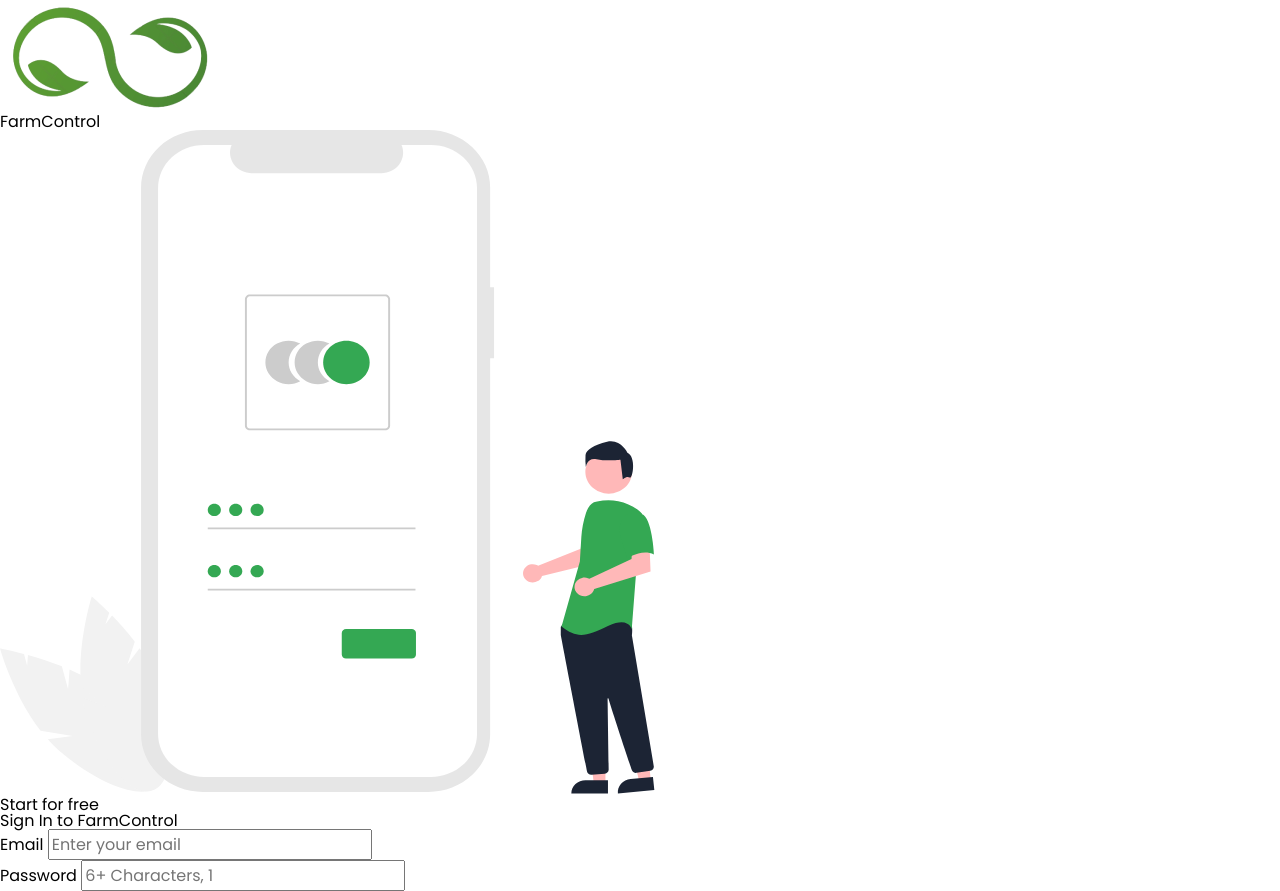
Repository: lehuyen307/System-monitor-plant-healthy-final
Page: ui/login.html
The author's editor kept a copy of each file at every save. The page is drawn from the files as they stood at one save, then again after a run of saves.
The browser window is 1280 px wide. The pictures show the whole page.
Some web libraries are served in a nearby version.

Above is the page before, as saved 2023-11-09 17:04:42.
Console error: TypeError: Cannot read properties of null (reading 'addEventListener')

### ui/login.html
<!DOCTYPE html>
<html lang="en">
    <head>
        <meta charset="UTF-8" />
        <meta name="viewport" content="width=device-width, initial-scale=1.0" />
        <title>System tree monitor</title>
        <!-- font -->
        <link rel="preconnect" href="https://fonts.googleapis.com" />
        <link rel="preconnect" href="https://fonts.gstatic.com" crossorigin />
        <link
            href="https://fonts.googleapis.com/css2?family=Montserrat:wght@300;400;500;600;700&family=Noto+Serif:wght@300;400;500;600;700;800&family=Poppins:wght@300;400;500;600;700;800;900&family=Sora:wght@300;400;500;600;700;800&display=swap"
            rel="stylesheet"
        />
        <!-- font-awesome -->
        <script src="https://kit.fontawesome.com/3115b3f4f1.js"></script>
        <!-- favicon -->
        <link
            rel="apple-touch-icon"
            sizes="57x57"
            href="./assets/favicon/apple-icon-57x57.png"
        />
        <link
            rel="apple-touch-icon"
            sizes="60x60"
            href="./assets/favicon/apple-icon-60x60.png"
        />
        <link
            rel="apple-touch-icon"
            sizes="72x72"
            href="./assets/favicon/apple-icon-72x72.png"
        />
        <link
            rel="apple-touch-icon"
            sizes="76x76"
            href="./assets/favicon/apple-icon-76x76.png"
        />
        <link
            rel="apple-touch-icon"
            sizes="114x114"
            href="./assets/favicon/apple-icon-114x114.png"
        />
        <link
            rel="apple-touch-icon"
            sizes="120x120"
            href="./assets/favicon/apple-icon-120x120.png"
        />
        <link
            rel="apple-touch-icon"
            sizes="144x144"
            href="./assets/favicon/apple-icon-144x144.png"
        />
        <link
            rel="apple-touch-icon"
            sizes="152x152"
            href="./assets/favicon/apple-icon-152x152.png"
        />
        <link
            rel="apple-touch-icon"
            sizes="180x180"
            href="./assets/favicon/apple-icon-180x180.png"
        />
        <link
            rel="icon"
            type="image/png"
            sizes="192x192"
            href="./assets/favicon/android-icon-192x192.png"
        />
        <link
            rel="icon"
            type="image/png"
            sizes="32x32"
            href="./assets/favicon/favicon-32x32.png"
        />
        <link
            rel="icon"
            type="image/png"
            sizes="96x96"
            href="./assets/favicon/favicon-96x96.png"
        />
        <link
            rel="icon"
            type="image/png"
            sizes="16x16"
            href="./assets/favicon/favicon-16x16.png"
        />
        <link rel="manifest" href="./assets/favicon/manifest.json" />
        <meta name="msapplication-TileColor" content="#ffffff" />
        <meta
            name="msapplication-TileImage"
            content="./assets/favicon/ms-icon-144x144.png"
        />
        <meta name="theme-color" content="#ffffff" />
        <!-- style -->
        <link rel="stylesheet" href="./assets/css/main.css" />

        <!-- link tái sử dụng header footer-->
        <script src="./assets/js/scripts.js"></script>

        <!-- style slick slider -->
        <link
            rel="stylesheet"
            type="text/css"
            href="https://cdn.jsdelivr.net/npm/slick-carousel@1.8.1/slick/slick.css"
        />
    </head>
    <body>
        <main>
            <div class="login row-cols-lg-2">
                <div class="login__left">
                    <img
                        src="./assets/img/login/logo.png"
                        alt=""
                        class="login__pic"
                    />
                    <div class="name">FarmControl</div>
                    <img
                        src="/assets/img/login/undraw_access_account_re_8spm 1.svg"
                        alt=""
                        class="login__pic-2"
                    />
                </div>
                <div class="login__right">
                    <div class="login__desc">Start for free</div>
                    <div class="login__row">
                        <span>Sign In to</span>
                        <span>FarmControl</span>
                    </div>
                    <div class="form">
                        <form autocomplete="on" class="form-login">
                            <div class="form__info">
                                <label for="email">Email</label>
                                <input
                                    type="text"
                                    class="input"
                                    placeholder="Enter your email"
                                    name="email"
                                    id="email"
                                />
                            </div>
                            <div class="form__info">
                                <label for="email">Password</label>
                                <input
                                    type="text"
                                    class="input"
                                    placeholder="6+ Characters, 1 "
                                    name="email"
                                    id="email"
                                />
                            </div>
                        </form>
                    </div>
                </div>
            </div>
        </main>

        <script
            type="text/javascript"
            src="https://code.jquery.com/jquery-1.11.0.min.js"
        ></script>
        <script
            type="text/javascript"
            src="https://code.jquery.com/jquery-migrate-1.2.1.min.js"
        ></script>
        <script
            type="text/javascript"
            src="https://cdn.jsdelivr.net/npm/slick-carousel@1.8.1/slick/slick.min.js"
        ></script>
        <script src="./assets/js/main.js"></script>
        <script src="./assets/js/slick-slider.js"></script>
    </body>
</html>

Loaded but not shown: ui/assets/js/main.js (53 lines, source omitted); ui/assets/js/slick-slider.js (25 lines, source omitted); ui/assets/js/scripts.js (17 lines, source omitted); ui/assets/css/main.css (1150 lines, source omitted)

After the next 2 saves:
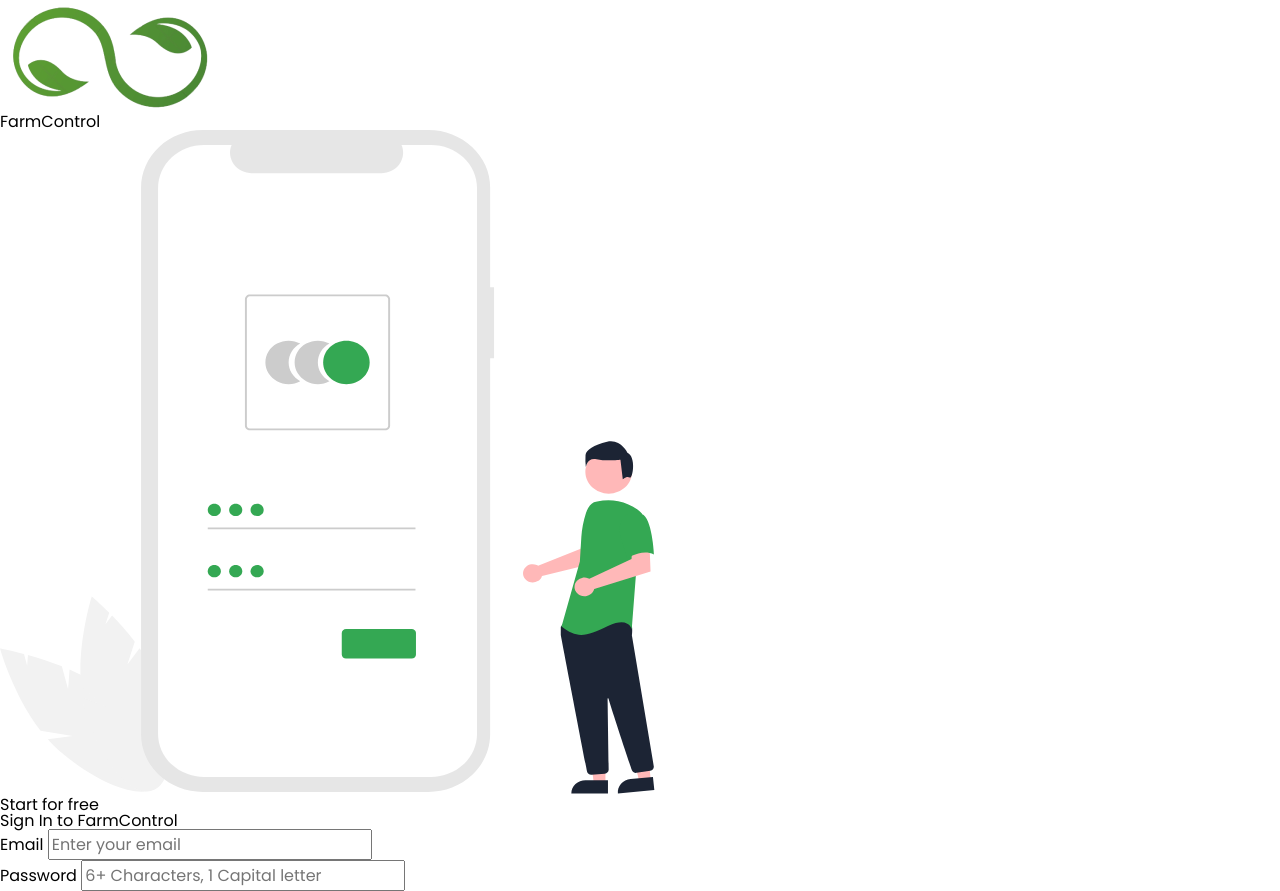
The 2 saves are shown as one change because they came seconds apart.
The last was saved 8 s later.
--- a/ui/login.html
+++ b/ui/login.html
@@ -142,7 +142,7 @@
                                 <input
                                     type="text"
                                     class="input"
-                                    placeholder="6+ Characters, 1 "
+                                    placeholder="6+ Characters, 1 Capital letter"
                                     name="email"
                                     id="email"
                                 />
